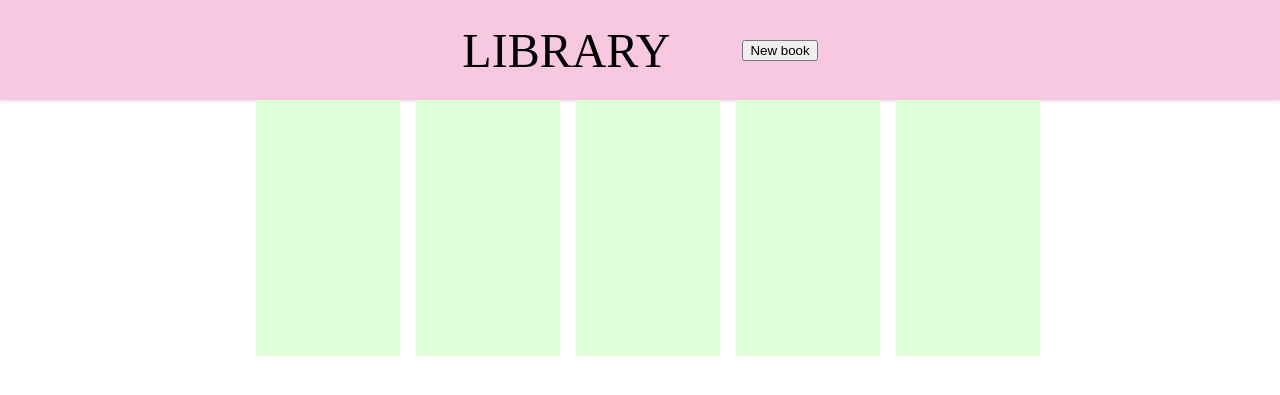
Repository: yeetzpxoci/library
Page: index.html
These files come from the project's save history. The page is drawn as it stood at one moment and after the next save; the edit follows.
The browser window is 1280 px wide. The pictures show the whole page.
Some web fonts or font styles are not loaded; a fallback is used.

Above is the page before, as saved 2023-02-21 14:57:04.

### index.html
<!DOCTYPE html>
<html lang="en">
<head>
    <meta charset="UTF-8">
    <meta http-equiv="X-UA-Compatible" content="IE=edge">
    <meta name="viewport" content="width=device-width, initial-scale=1.0">
    <title>Library</title>
    <link rel="stylesheet" href="styles.css">
    <link rel="preconnect" href="https://fonts.googleapis.com">
    <link rel="preconnect" href="https://fonts.gstatic.com" crossorigin>
    <link href="https://fonts.googleapis.com/css2?family=Roboto:wght@500&display=swap" rel="stylesheet">
    <link href="https://fonts.googleapis.com/css2?family=Gloock&display=swap" rel="stylesheet">
</head>
<body>
    <div class="header">
        <p>LIBRARY</p>
        <button onclick="addBookToLibrary()" id="addBook">New book</button>
    </div>

    <form>
        <fieldset>
            <label for="title">Title</label>
            <input type="text" name="title" id="title">
            <label for="author">Author</label>
            <input type="text" name="author" id="author">
            <label for="pages">Pages</label>
            <input type="number" name="pages" id="pages">
            <label for="read">Have you read the book?</label>
            <input type="checkbox" name="read" id="read">
        </fieldset>
    </form>

    <div id="cards">

    </div>
<script src="script.js"></script>
</body>
</html>

### styles.css
html, body {
    margin: 0;
    padding: 0;
}

body {
    min-height: 100vh;
    background-color: white;
}

.header {
    display: flex;
    align-items: center;
    justify-content: center;
    width: 100%;
    height: 100px;
    background-color: #F7C8E0;
    box-shadow: rgba(0, 0, 0, 0.16) 0px 1px 4px;
}

.header p {
    font-family: 'Gloock', serif;
    font-size: 48px;
    align-self: center;
    justify-self: center;
}

#addBook {
    margin-left: 72px;
}

#cards {
    display: grid;
    grid-template-columns: 1fr 1fr 1fr 1fr 1fr;
    gap: 16px;
    margin-right: 256px;
    margin-left: 256px;
}

.card {
    height: 256px;
    width: 144px;
    background-color: #DFFFD8;
    align-self: center;
    justify-self: center;
}

form {
    display: none;
}

### script.js
const title = document.getElementById("title").value
const author = document.getElementById("author").value
const pages = document.getElementById("pages").value
const read = document.getElementById("read").checked
const cards = document.getElementById("cards")

let myLibrary = [];

function Book(title, author, pages, read) {
    this.title = title;
    this.author = author;
    this.pages = pages;
    this.read = read;
    this.info = function () {
        return title + " by " + author + ", " + String(pages) + " pages, not read yet"
    }
}

function addBookToLibrary() {
    let book = new Book(title, author, pages, read);
    myLibrary.push(book);
    console.log(myLibrary.length)
}

function displayBooks() {
    for (let i = 0; i < myLibrary.length; i++) {
        const newDiv = document.createElement("div");
        newDiv.setAttribute("class", "card");
        cards.appendChild(newDiv);
    }
}

let book1 = new Book("htomi" , "hs", 23, true);
let book2 = new Book("yeet", "asd", 65, false);
let book3 = new Book("smth", "bsdf", 1, true);
let book4 = new Book("smth", "bsdf", 1, true);
let book5 = new Book("smth", "bsdf", 1, true);
myLibrary.push(book1, book2, book3, book4, book5);
displayBooks();

After the next save:
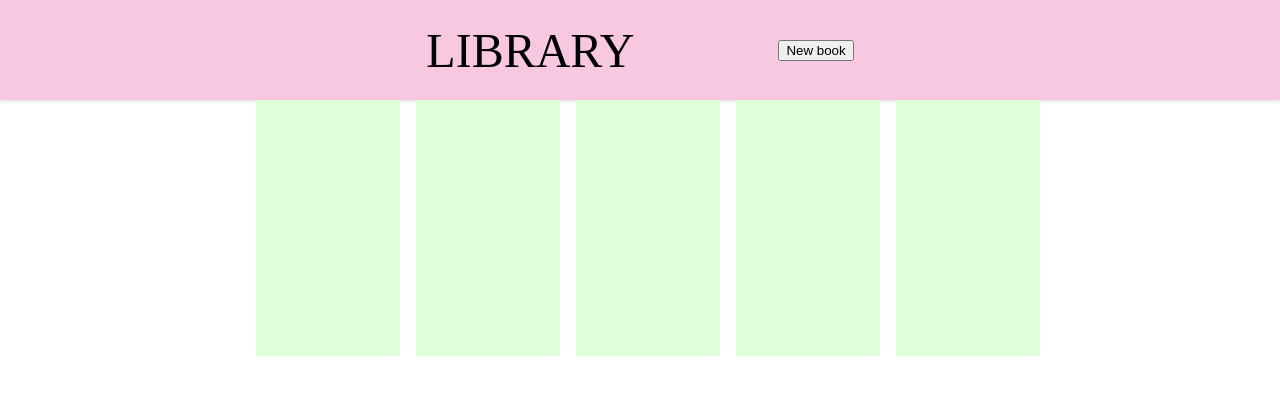
Saved 4 s later.
--- a/styles.css
+++ b/styles.css
@@ -26,7 +26,7 @@ body {
 }
 
 #addBook {
-    margin-left: 72px;
+    margin-left: 144px;
 }
 
 #cards {
